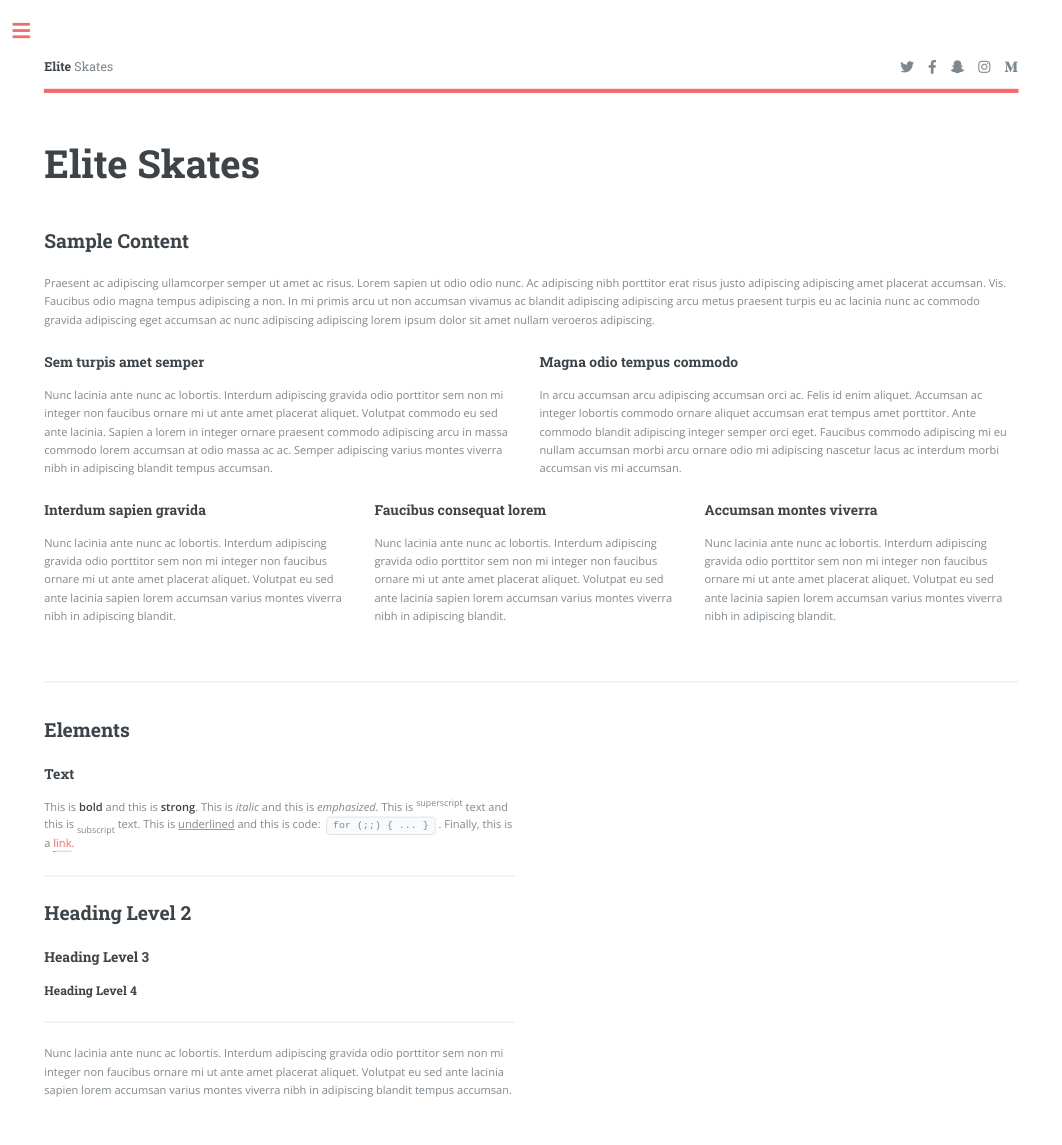
Repository: rachel648/New_Elite
Page: elements.html
These files come from the project's save history. The page is drawn as it stood at one moment and after the next save; the edit follows.
The browser window is 1280 px wide. The pictures show the whole page, at 83% of full size.

Above is the page before, as saved 2024-10-14 12:11:57.

### elements.html
<!DOCTYPE HTML>
<html>
	<head>
		<title>Elements - Editorial by HTML5 UP</title>
		<meta charset="utf-8" />
		<meta name="viewport" content="width=device-width, initial-scale=1, user-scalable=no" />
		<link rel="stylesheet" href="assets/css/main.css" />
	</head>
	<body class="is-preload">

		<!-- Wrapper -->
			<div id="wrapper">

				<!-- Main -->
					<div id="main">
						<div class="inner">

							<!-- Header -->
								<header id="header">
									<a href="index.html" class="logo"><strong>Elite</strong> Skates</a>
									<ul class="icons">
										<li><a href="#" class="icon brands fa-twitter"><span class="label">Twitter</span></a></li>
										<li><a href="#" class="icon brands fa-facebook-f"><span class="label">Facebook</span></a></li>
										<li><a href="#" class="icon brands fa-snapchat-ghost"><span class="label">Snapchat</span></a></li>
										<li><a href="#" class="icon brands fa-instagram"><span class="label">Instagram</span></a></li>
										<li><a href="#" class="icon brands fa-medium-m"><span class="label">Medium</span></a></li>
									</ul>
								</header>

							<!-- Content -->
								<section>
									<header class="main">
										<h1>Elite Skates</h1>
									</header>

									<!-- Content -->
										<h2 id="content">Sample Content</h2>
										<p>Praesent ac adipiscing ullamcorper semper ut amet ac risus. Lorem sapien ut odio odio nunc. Ac adipiscing nibh porttitor erat risus justo adipiscing adipiscing amet placerat accumsan. Vis. Faucibus odio magna tempus adipiscing a non. In mi primis arcu ut non accumsan vivamus ac blandit adipiscing adipiscing arcu metus praesent turpis eu ac lacinia nunc ac commodo gravida adipiscing eget accumsan ac nunc adipiscing adipiscing lorem ipsum dolor sit amet nullam veroeros adipiscing.</p>
										<div class="row">
											<div class="col-6 col-12-small">
												<h3>Sem turpis amet semper</h3>
												<p>Nunc lacinia ante nunc ac lobortis. Interdum adipiscing gravida odio porttitor sem non mi integer non faucibus ornare mi ut ante amet placerat aliquet. Volutpat commodo eu sed ante lacinia. Sapien a lorem in integer ornare praesent commodo adipiscing arcu in massa commodo lorem accumsan at odio massa ac ac. Semper adipiscing varius montes viverra nibh in adipiscing blandit tempus accumsan.</p>
											</div>
											<div class="col-6 col-12-small">
												<h3>Magna odio tempus commodo</h3>
												<p>In arcu accumsan arcu adipiscing accumsan orci ac. Felis id enim aliquet. Accumsan ac integer lobortis commodo ornare aliquet accumsan erat tempus amet porttitor. Ante commodo blandit adipiscing integer semper orci eget. Faucibus commodo adipiscing mi eu nullam accumsan morbi arcu ornare odio mi adipiscing nascetur lacus ac interdum morbi accumsan vis mi accumsan.</p>
											</div>
											<!-- Break -->
											<div class="col-4 col-12-medium">
												<h3>Interdum sapien gravida</h3>
												<p>Nunc lacinia ante nunc ac lobortis. Interdum adipiscing gravida odio porttitor sem non mi integer non faucibus ornare mi ut ante amet placerat aliquet. Volutpat eu sed ante lacinia sapien lorem accumsan varius montes viverra nibh in adipiscing blandit.</p>
											</div>
											<div class="col-4 col-12-medium">
												<h3>Faucibus consequat lorem</h3>
												<p>Nunc lacinia ante nunc ac lobortis. Interdum adipiscing gravida odio porttitor sem non mi integer non faucibus ornare mi ut ante amet placerat aliquet. Volutpat eu sed ante lacinia sapien lorem accumsan varius montes viverra nibh in adipiscing blandit.</p>
											</div>
											<div class="col-4 col-12-medium">
												<h3>Accumsan montes viverra</h3>
												<p>Nunc lacinia ante nunc ac lobortis. Interdum adipiscing gravida odio porttitor sem non mi integer non faucibus ornare mi ut ante amet placerat aliquet. Volutpat eu sed ante lacinia sapien lorem accumsan varius montes viverra nibh in adipiscing blandit.</p>
											</div>
										</div>

									<hr class="major" />

									<!-- Elements -->
										<h2 id="elements">Elements</h2>
										<div class="row gtr-200">
											<div class="col-6 col-12-medium">

												<!-- Text stuff -->
													<h3>Text</h3>
													<p>This is <b>bold</b> and this is <strong>strong</strong>. This is <i>italic</i> and this is <em>emphasized</em>.
													This is <sup>superscript</sup> text and this is <sub>subscript</sub> text.
													This is <u>underlined</u> and this is code: <code>for (;;) { ... }</code>.
													Finally, this is a <a href="#">link</a>.</p>
													<hr />
													<h2>Heading Level 2</h2>
													<h3>Heading Level 3</h3>
													<h4>Heading Level 4</h4>
													<hr />
													<p>Nunc lacinia ante nunc ac lobortis. Interdum adipiscing gravida odio porttitor sem non mi integer non faucibus ornare mi ut ante amet placerat aliquet. Volutpat eu sed ante lacinia sapien lorem accumsan varius montes viverra nibh in adipiscing blandit tempus accumsan.</p>





				<!-- Sidebar -->
					<div id="sidebar">
						<div class="inner">

							<!-- Search -->
								<section id="search" class="alt">
									<form method="post" action="#">
										<input type="text" name="query" id="query" placeholder="Search" />
									</form>
								</section>

							<!-- Menu -->
								<nav id="menu">
									<header class="major">
										<h2>Menu</h2>
									</header>
									<ul>
										<li><a href="index.html">Homepage</a></li>
										<li><a href="generic.html">Upcoming Events</a></li>
										<li><a href="elements.html">Sports Day</a></li>
										<li>
											<!-- <span class="opener">Submenu</span>
											<ul>
												<li><a href="#">Lorem Dolor</a></li>
												<li><a href="#">Ipsum Adipiscing</a></li>
												<li><a href="#">Tempus Magna</a></li>
												<li><a href="#">Feugiat Veroeros</a></li>
											</ul>
										</li>
										<li><a href="#">Etiam Dolore</a></li>
										<li><a href="#">Adipiscing</a></li>
										<li>
											<span class="opener">Another Submenu</span>
											<ul>
												<li><a href="#">Lorem Dolor</a></li>
												<li><a href="#">Ipsum Adipiscing</a></li>
												<li><a href="#">Tempus Magna</a></li>
												<li><a href="#">Feugiat Veroeros</a></li>
											</ul>
										</li>
										<li><a href="#">Maximus Erat</a></li>
										<li><a href="#">Sapien Mauris</a></li>
										<li><a href="#">Amet Lacinia</a></li>
									-->
									</ul>
								</nav>



							<!-- Footer -->
								<footer id="footer">
									<p class="copyright">&copy; Untitled. All rights reserved. Demo Images: <a href="https://unsplash.com">Unsplash</a>. Design: <a href="https://html5up.net">HTML5 UP</a>.</p>
								</footer>

						</div>
					</div>

			</div>

		<!-- Scripts -->
			<script src="assets/js/jquery.min.js"></script>
			<script src="assets/js/browser.min.js"></script>
			<script src="assets/js/breakpoints.min.js"></script>
			<script src="assets/js/util.js"></script>
			<script src="assets/js/main.js"></script>

	</body>
</html>

Loaded but not shown: assets/js/jquery.min.js (library); assets/js/browser.min.js (common file); assets/js/breakpoints.min.js (common file); assets/css/fontawesome-all.min.css (library); assets/js/util.js (587 lines, source omitted); assets/js/main.js (262 lines, source omitted); assets/css/main.css (2284 lines, source omitted)

After the next save:
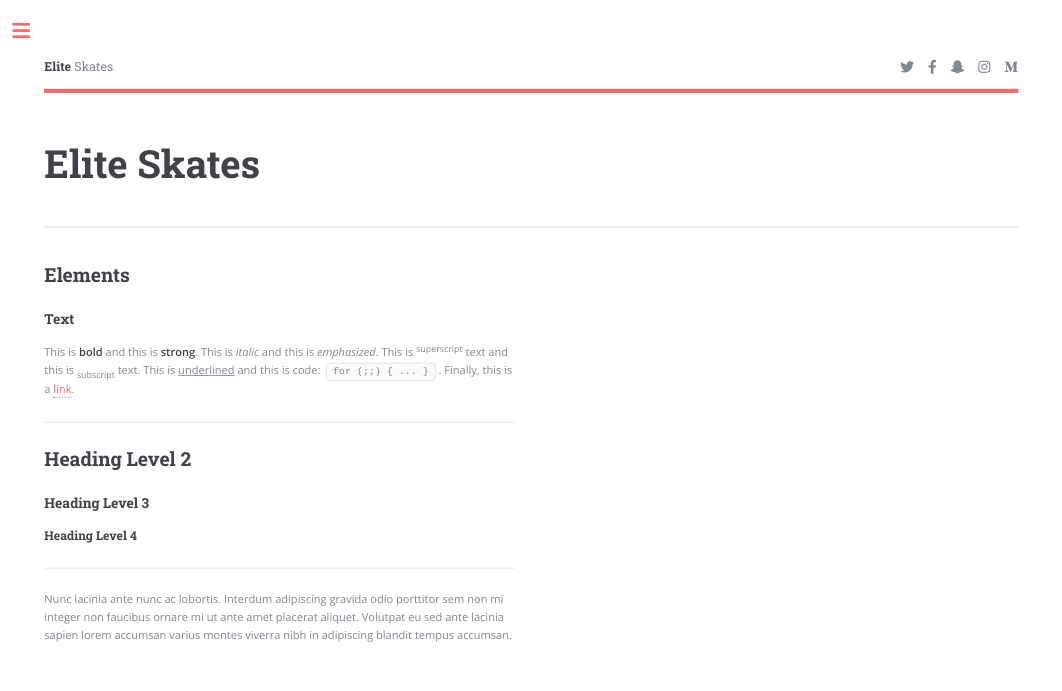
Saved 29 s later.
--- a/elements.html
+++ b/elements.html
@@ -32,33 +32,6 @@
 									<header class="main">
 										<h1>Elite Skates</h1>
 									</header>
-
-									<!-- Content -->
-										<h2 id="content">Sample Content</h2>
-										<p>Praesent ac adipiscing ullamcorper semper ut amet ac risus. Lorem sapien ut odio odio nunc. Ac adipiscing nibh porttitor erat risus justo adipiscing adipiscing amet placerat accumsan. Vis. Faucibus odio magna tempus adipiscing a non. In mi primis arcu ut non accumsan vivamus ac blandit adipiscing adipiscing arcu metus praesent turpis eu ac lacinia nunc ac commodo gravida adipiscing eget accumsan ac nunc adipiscing adipiscing lorem ipsum dolor sit amet nullam veroeros adipiscing.</p>
-										<div class="row">
-											<div class="col-6 col-12-small">
-												<h3>Sem turpis amet semper</h3>
-												<p>Nunc lacinia ante nunc ac lobortis. Interdum adipiscing gravida odio porttitor sem non mi integer non faucibus ornare mi ut ante amet placerat aliquet. Volutpat commodo eu sed ante lacinia. Sapien a lorem in integer ornare praesent commodo adipiscing arcu in massa commodo lorem accumsan at odio massa ac ac. Semper adipiscing varius montes viverra nibh in adipiscing blandit tempus accumsan.</p>
-											</div>
-											<div class="col-6 col-12-small">
-												<h3>Magna odio tempus commodo</h3>
-												<p>In arcu accumsan arcu adipiscing accumsan orci ac. Felis id enim aliquet. Accumsan ac integer lobortis commodo ornare aliquet accumsan erat tempus amet porttitor. Ante commodo blandit adipiscing integer semper orci eget. Faucibus commodo adipiscing mi eu nullam accumsan morbi arcu ornare odio mi adipiscing nascetur lacus ac interdum morbi accumsan vis mi accumsan.</p>
-											</div>
-											<!-- Break -->
-											<div class="col-4 col-12-medium">
-												<h3>Interdum sapien gravida</h3>
-												<p>Nunc lacinia ante nunc ac lobortis. Interdum adipiscing gravida odio porttitor sem non mi integer non faucibus ornare mi ut ante amet placerat aliquet. Volutpat eu sed ante lacinia sapien lorem accumsan varius montes viverra nibh in adipiscing blandit.</p>
-											</div>
-											<div class="col-4 col-12-medium">
-												<h3>Faucibus consequat lorem</h3>
-												<p>Nunc lacinia ante nunc ac lobortis. Interdum adipiscing gravida odio porttitor sem non mi integer non faucibus ornare mi ut ante amet placerat aliquet. Volutpat eu sed ante lacinia sapien lorem accumsan varius montes viverra nibh in adipiscing blandit.</p>
-											</div>
-											<div class="col-4 col-12-medium">
-												<h3>Accumsan montes viverra</h3>
-												<p>Nunc lacinia ante nunc ac lobortis. Interdum adipiscing gravida odio porttitor sem non mi integer non faucibus ornare mi ut ante amet placerat aliquet. Volutpat eu sed ante lacinia sapien lorem accumsan varius montes viverra nibh in adipiscing blandit.</p>
-											</div>
-										</div>
 
 									<hr class="major" />
 
